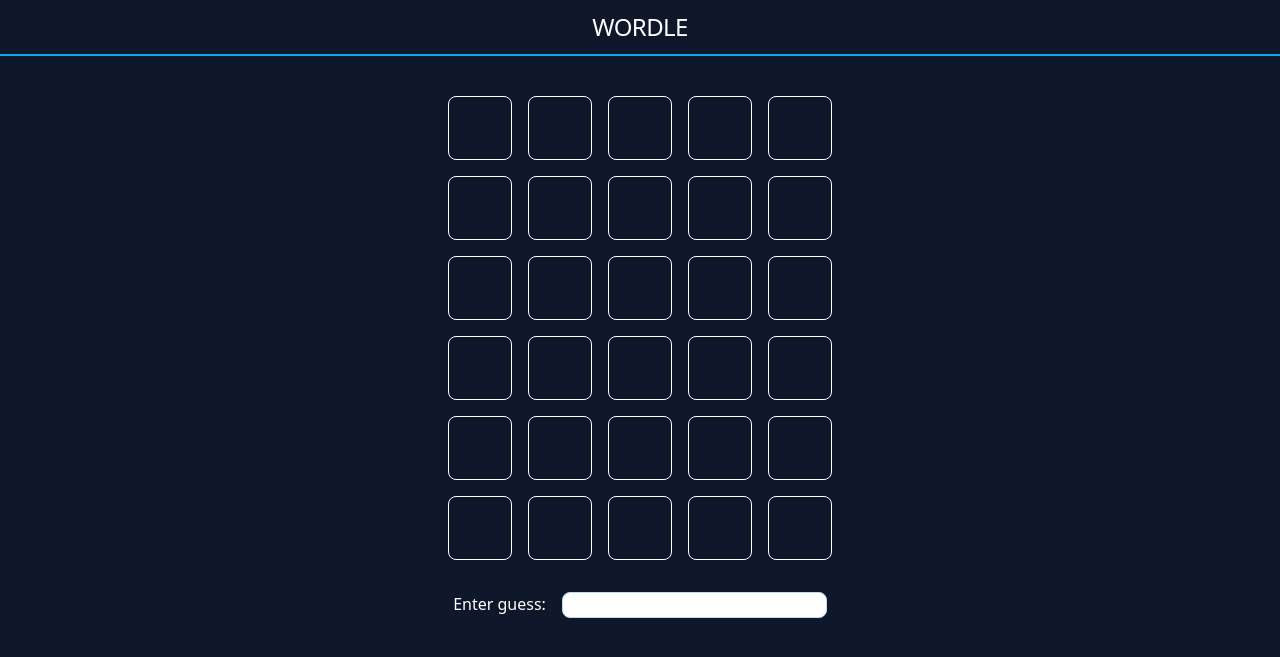
Repository: hjubsoni/basic-wordle-game
Page: / (app in client/)
The author's editor kept a copy of each file at every save. The page is drawn from the files as they stood at one save, then again after the next save.
The browser window is 1280 px wide. The pictures show the whole page.
The page's requests for data from a server got no answer. The project was rebuilt for these pictures with package versions that can differ from the ones it lists, and the page was loaded fresh each time. No one was signed in, and anything a server would have sent is missing. Also part of the build but not shown: client/vite.config.ts.

Above is the page before, as saved 2023-01-27 15:49:29.

### client/src/main.tsx
import React from 'react';
import ReactDOM from 'react-dom/client';
import App from './App';
import './index.css';

ReactDOM.createRoot(
  document.getElementById('root') as HTMLElement
).render(
  <React.StrictMode>
    <App />
  </React.StrictMode>
);

### client/src/App.tsx
import React from 'react';
import Header from './components/Header';
import Game from './components/Game';

function App() {
  return (
    <div className="h-full">
      <Header />
      <Game />
    </div>
  );
}

export default App;

### client/src/index.css
@tailwind base;
@tailwind components;
@tailwind utilities;

@layer base {
  html,
  body,
  #root {
    @apply h-full bg-slate-900;
  }
}

### client/src/components/Header/Header.tsx
import React from 'react';

function Header() {
  return (
    <header className="flex h-14 items-center justify-center  border-b-2 border-sky-500 ">
      <h2 className="uppercase text-white text-2xl tracking-tight">
        Wordle
      </h2>
    </header>
  );
}

export default Header;

### client/src/components/Game/Game.tsx
import React from 'react';
import { range } from '../../utils/range';
import Row from '../Row';
import Cell from '../Cell';
import Form from '../Form';

interface Styles {
  [key: string]: string;
}

function Game() {
  const [correctWord, setCorrectWord] = React.useState('');
  const [guessedWords, setGuessedWords] = React.useState<string[]>(
    new Array(6).fill('')
  );
  const [guess, setGuess] = React.useState<string>('');
  const [styles, setStyles] = React.useState<Styles[]>([]);

  const generateCorrectWord = async () => {
    const response = await fetch('http://localhost:5000/api');
    const words = await response.json();
    setCorrectWord(words[Math.floor(Math.random() * words.length)]);
  };

  React.useEffect(() => {
    generateCorrectWord();
  }, []);

  return (
    <main className="flex items-center justify-center flex-col gap-8">
      <div className="flex gap-4 flex-col max-w-sm w-full rouded-lg mt-10">
        {guessedWords.map((row, rowIdx) => {
          return (
            <Row key={rowIdx}>
              {range(5).map((_, cellIdx) => (
                <Cell key={cellIdx} letter={row[cellIdx]} />
              ))}
            </Row>
          );
        })}
      </div>

      <Form
        guess={guess}
        setGuess={setGuess}
        guessedWords={guessedWords}
        setGuessedWords={setGuessedWords}
        correctWord={correctWord}
      />
    </main>
  );
}

export default Game;

### client/src/utils/range.tsx
export const range = (start: number, end?: number, step = 1) => {
  let output = [];
  if (typeof end === 'undefined') {
    end = start;
    start = 0;
  }
  for (let i = start; i < end; i += step) {
    output.push(i);
  }
  return output;
};

### client/src/components/Cell/index.tsx
export { default } from './Cell';

### client/src/components/Row/Row.tsx
import React from 'react';

function Row({ children }: { children: React.ReactNode }) {
  return <div className="flex gap-4">{children}</div>;
}

export default Row;

### client/src/components/Cell/Cell.tsx
import React from 'react';

function Cell({ letter }: { letter: string }) {
  return (
    <div className="border border-white flex-1 aspect-square rounded-lg text-white text-3xl uppercase flex items-center justify-center">
      {letter}
    </div>
  );
}

export default Cell;

### client/src/components/Form/Form.tsx
import React from 'react';

interface FormProps {
  guess: string;
  setGuess: React.Dispatch<React.SetStateAction<string>>;
  guessedWords: string[];
  setGuessedWords: React.Dispatch<React.SetStateAction<string[]>>;
  correctWord: string;
}

function Form({
  guess,
  setGuess,
  guessedWords,
  setGuessedWords,
  correctWord,
}: FormProps) {
  const [currentRow, setCurrentRow] = React.useState(0);
  const handleSubmit = (e: React.FormEvent<HTMLFormElement>) => {
    e.preventDefault();
    const guessedWordsCopy = [...guessedWords];
    guessedWordsCopy[currentRow] = guess;
    setGuessedWords(guessedWordsCopy);
    setGuess('');
    setCurrentRow(currentRow + 1);
  };
  return (
    <form onSubmit={handleSubmit} className="flex gap-4">
      <label htmlFor="guess" className="text-white">
        Enter guess:
      </label>
      <input
        className="border border-blue-200 rounded-lg px-4"
        type="text"
        id="guess"
        name="guess"
        value={guess}
        onChange={(e) => setGuess(e.target.value)}
        required={true}
        min={'5'}
        max={'5'}
      />
    </form>
  );
}

export default Form;

Loaded but not shown: client/index.html (common file); client/src/components/Header/index.tsx (common file); client/src/components/Game/index.tsx (common file); client/src/components/Row/index.tsx (common file); client/src/components/Form/index.tsx (common file); client/tailwind.config.cjs (common file)

After the next save:
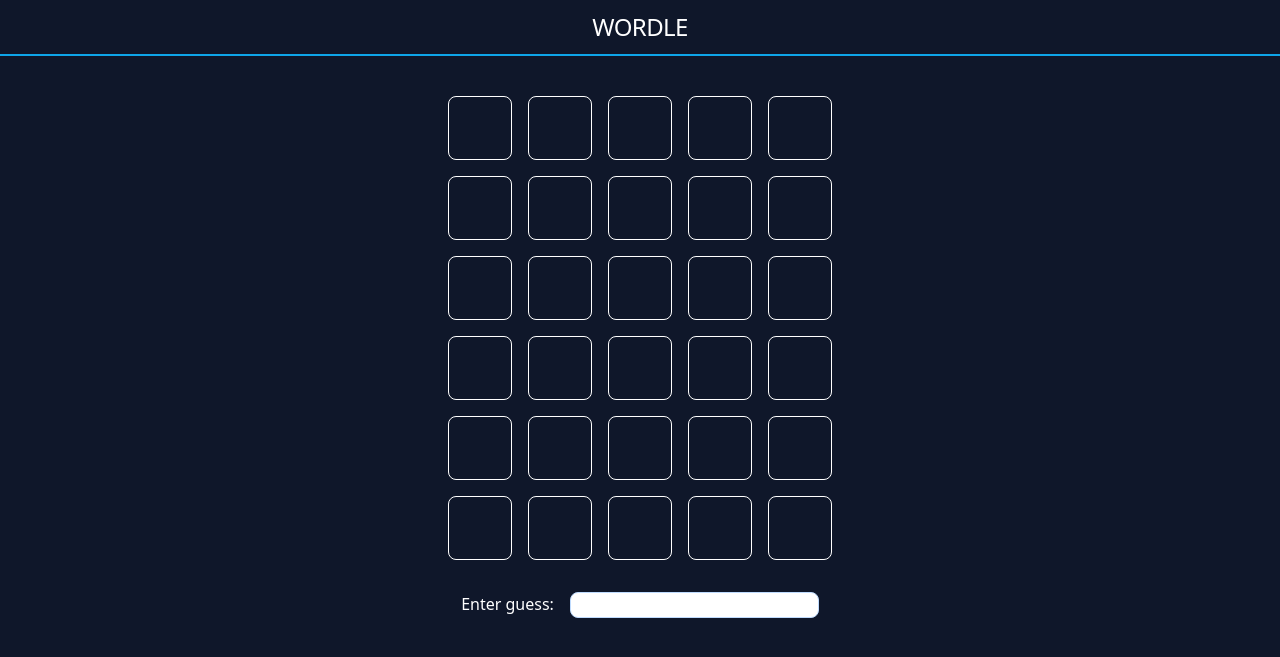
Saved 4 s later.
--- a/client/src/components/Form/Form.tsx
+++ b/client/src/components/Form/Form.tsx
@@ -30,7 +30,7 @@
         Enter guess:
       </label>
       <input
-        className="border border-blue-200 rounded-lg px-4"
+        className="border border-blue-200 rounded-lg px-2"
         type="text"
         id="guess"
         name="guess"
